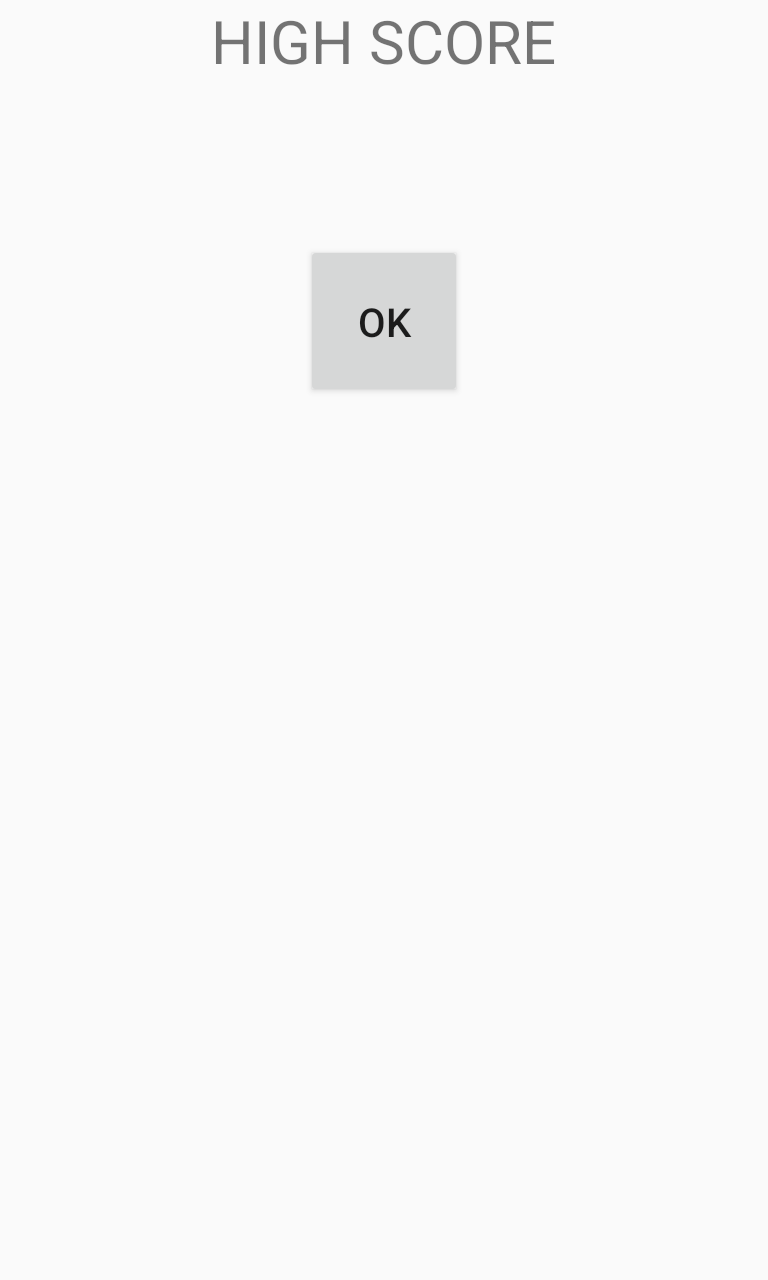
Repository: JoanneCaroll/Mathbomb
Layout: MathBomb/res/layout/activity_highscore.xml
These files come from the project's save history. The layout is drawn as it stood at one moment and after the next save; the edit follows.
It is drawn on a 768 x 1280 px phone screen (xhdpi) without system bars, with theme AppTheme; the app's code is not run.

Above is the layout before, as saved 2014-11-12 06:04:02.

### MathBomb/res/layout/activity_highscore.xml
<?xml version="1.0" encoding="utf-8"?>
<LinearLayout
    xmlns:android="http://schemas.android.com/apk/res/android"
    android:layout_width="match_parent"
    android:layout_height="match_parent"
    android:orientation="vertical">

    <TextView
        android:layout_gravity="center"
        android:id="@+id/highscoreshow"
        android:layout_width="wrap_content"
        android:layout_height="wrap_content"
        android:textSize="30dp"
        android:text="HIGH SCORE"/>

    <LinearLayout
        android:layout_width="match_parent"
        android:layout_height="wrap_content"
        android:orientation="horizontal"
        android:gravity="center">
        <TextView
            android:id="@+id/score"
            android:layout_width="80dp"
            android:layout_height="80dp"
            android:textSize="20dp"/>
        <TextView
            android:id="@+id/date"
            android:layout_width="wrap_content"
            android:layout_height="wrap_content"
            android:textSize="20dp"/>
   </LinearLayout>
        <Button
        android:layout_gravity="center"
       	android:id="@+id/ok_highscore"
        android:layout_width="80dp"
        android:layout_height="80dp"
        android:textSize="20dp"
        android:text="OK"/>

</LinearLayout>

Loaded but not shown: MathBomb/res/values/styles.xml (common file); MathBomb/res/values-v11/styles.xml (common file); MathBomb/res/values-v14/styles.xml (common file)

After the next save:
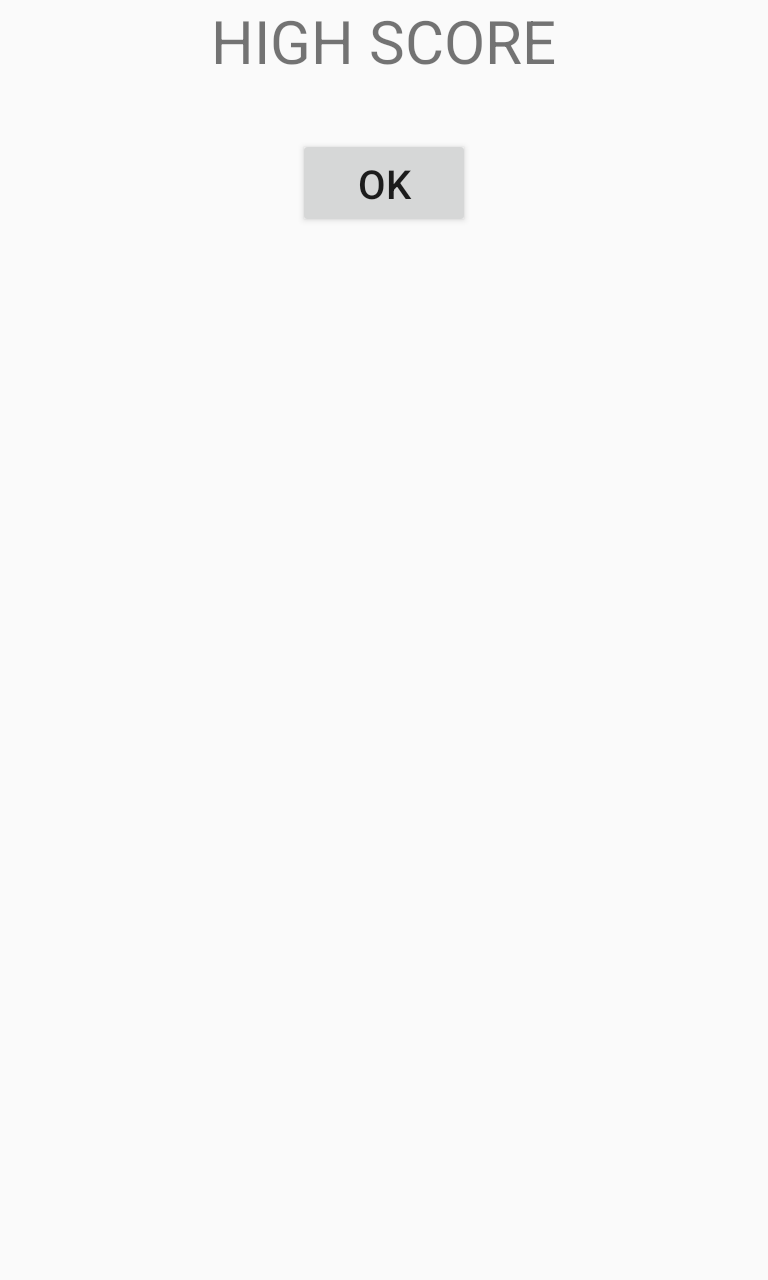
Saved 34 s later.
--- a/MathBomb/res/layout/activity_highscore.xml
+++ b/MathBomb/res/layout/activity_highscore.xml
@@ -20,8 +20,8 @@
         android:gravity="center">
         <TextView
             android:id="@+id/score"
-            android:layout_width="80dp"
-            android:layout_height="80dp"
+            android:layout_width="wrap_content"
+            android:layout_height="wrap_content"
             android:textSize="20dp"/>
         <TextView
             android:id="@+id/date"
@@ -29,11 +29,12 @@
             android:layout_height="wrap_content"
             android:textSize="20dp"/>
    </LinearLayout>
-        <Button
+
+   <Button
         android:layout_gravity="center"
        	android:id="@+id/ok_highscore"
-        android:layout_width="80dp"
-        android:layout_height="80dp"
+        android:layout_width="wrap_content"
+        android:layout_height="wrap_content"
         android:textSize="20dp"
         android:text="OK"/>
 
